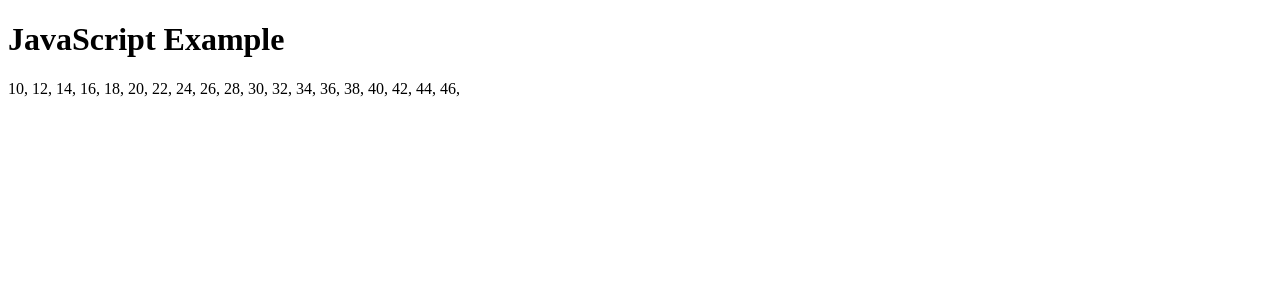
Repository: aaikinsm/FDM-Programs
Page: HTMLExample/WebContent/jsample.html
An editor plug-in stored every save of this project. The page is shown before and after the next save, followed by the edit.
The browser window is 1280 px wide. The pictures show the whole page.

Above is the page before, as saved 2017-05-17 14:03:11.

After the next save:
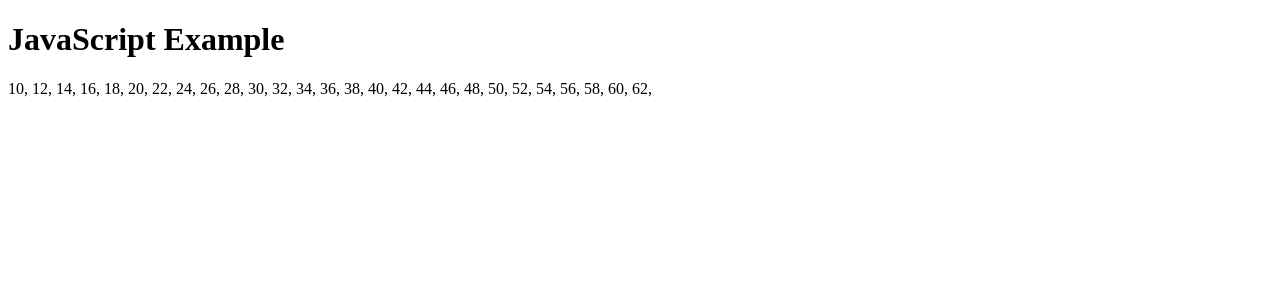
Saved 15 s later.
--- a/HTMLExample/WebContent/jsample.html
+++ b/HTMLExample/WebContent/jsample.html
@@ -8,7 +8,7 @@
 	<body>
 		<h1>JavaScript Example</h1>
 		<script type="text/javascript">
-			printEvenNumbers(10, 48);
+			printEvenNumbers(10, 64);
 		</script>
 	</body>
 </html>
